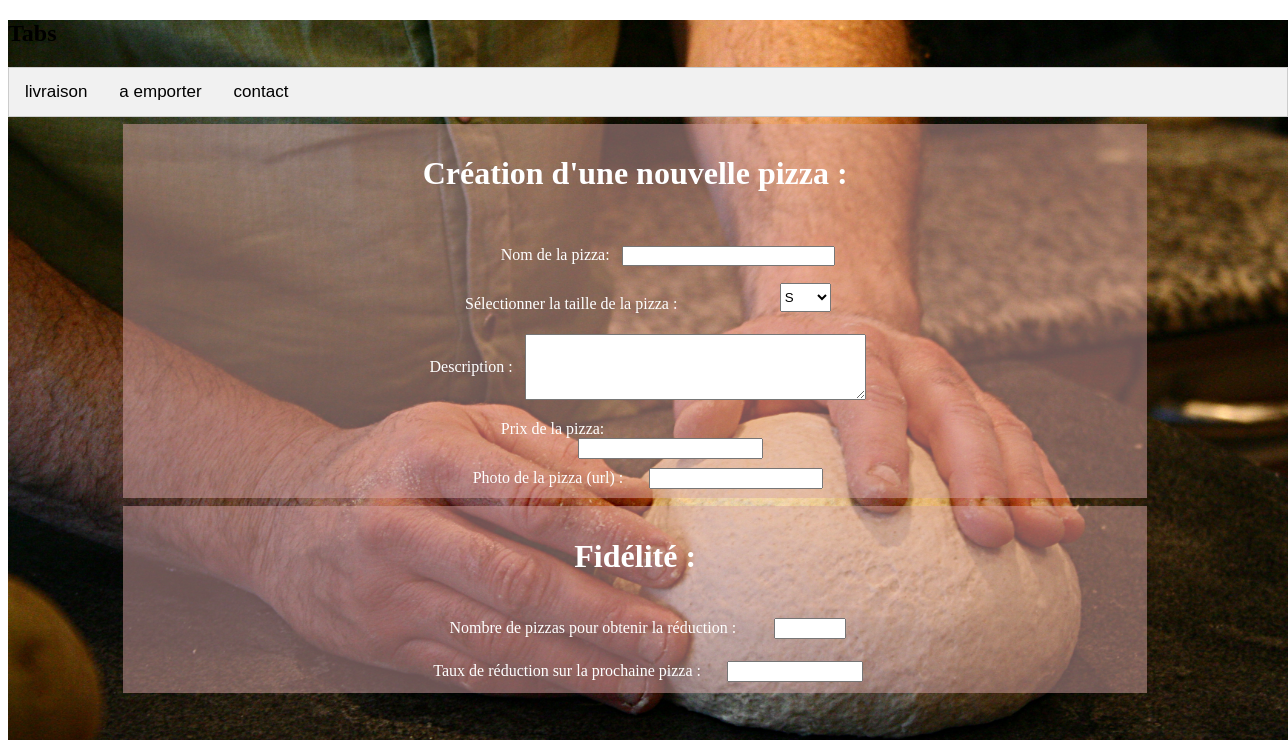
Repository: dev84-unalien/pippo_pizza
Page: admin.html
These files come from the project's save history. The page is drawn as it stood at one moment and after a run of saves; the edit follows.
The browser window is 1280 px wide. The page is 1288 px wide, so the pictures cover 1288 px, including what lies to the right of the window. The pictures show the whole page.

Above is the page before, as saved 2019-09-11 10:54:51.

After the next 2 saves:
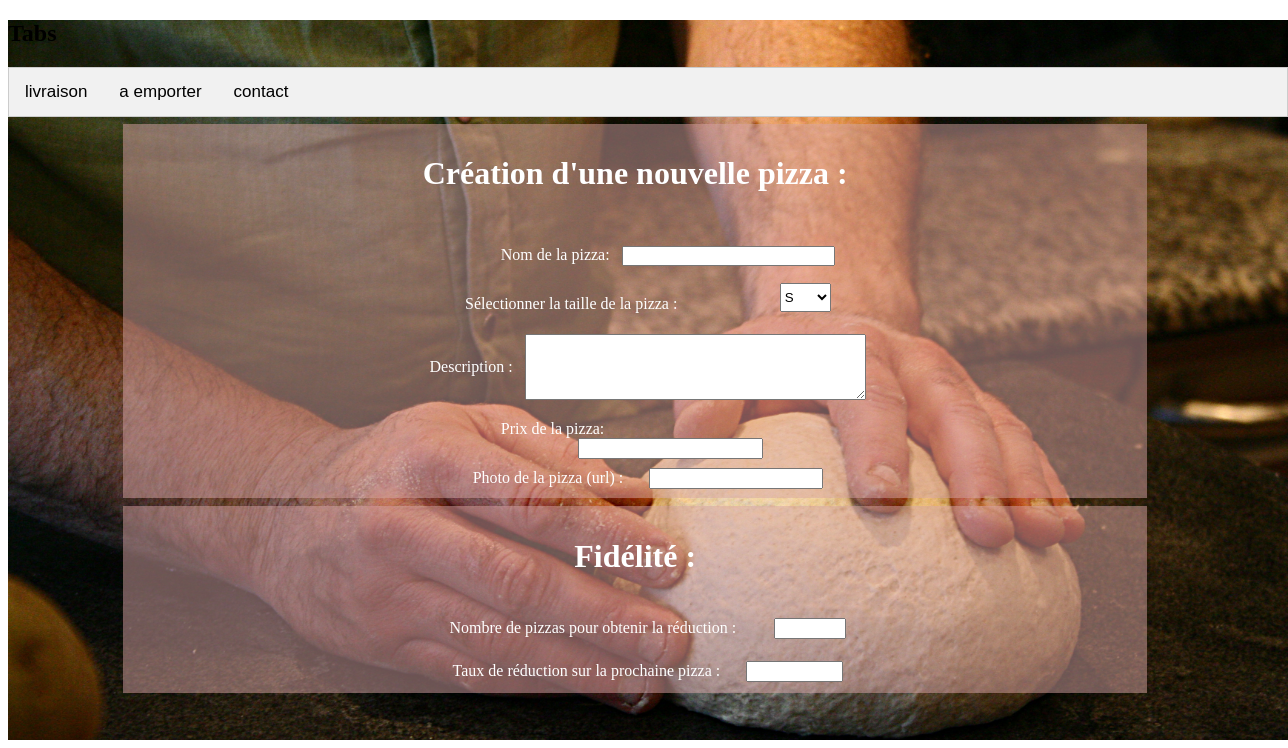
The 2 saves are shown as one change because they came seconds apart.
The last was saved 8 s later.
--- a/admin.css
+++ b/admin.css
@@ -115,7 +115,7 @@ p {
 }
 #pourcentage{
   margin-left: 2vw;
-  width: 10vw;
+  width: 7vw;
 }
 
 #formulaire {
